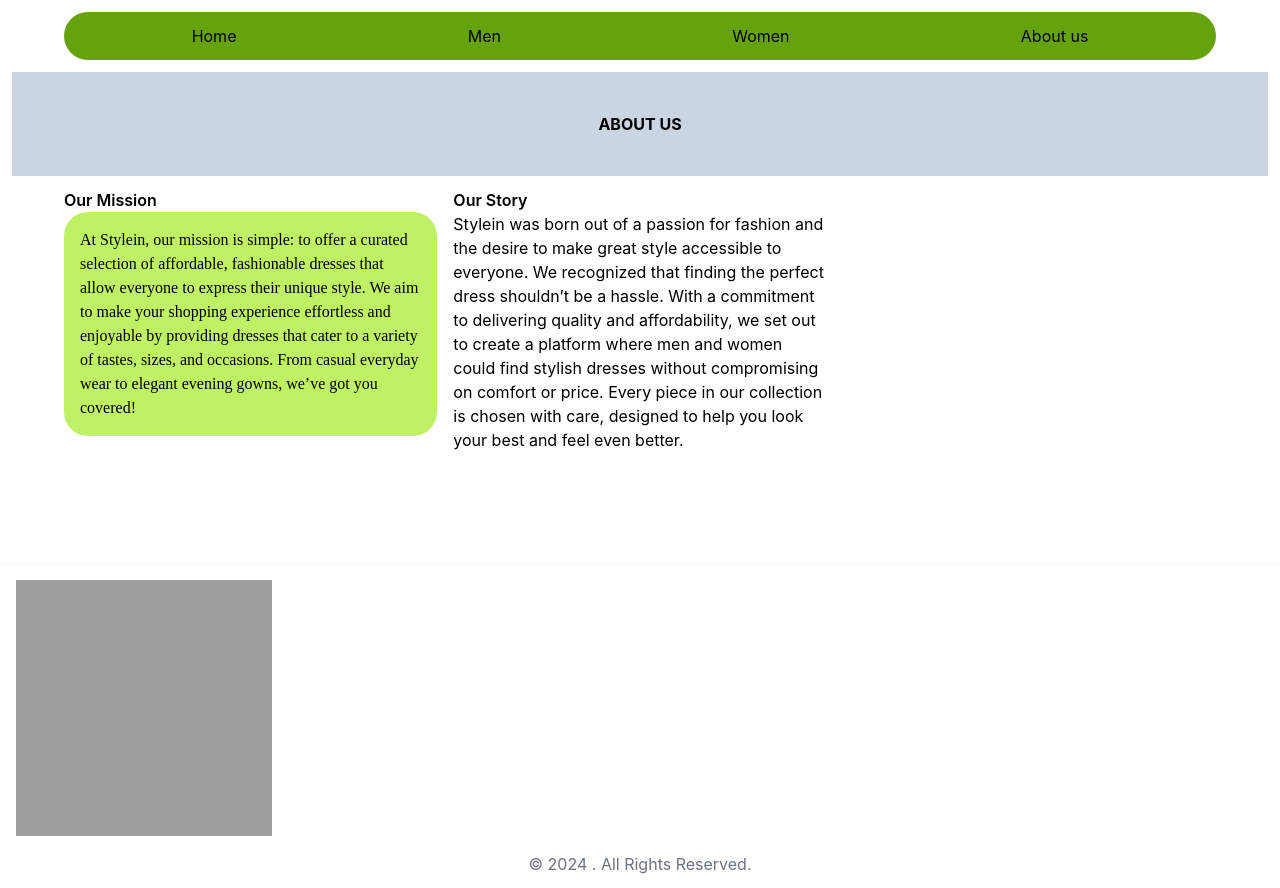
Repository: Mohankkanth/StyleIn_ShoppingSite
Page: /AboutUs
An editor plug-in stored every save of this project. The page is shown before and after the next save, followed by the edit.
The browser window is 1280 px wide. The pictures show the whole page.
Pictures or frames that could not be fetched are drawn as grey boxes. The project was rebuilt for these pictures with package versions that can differ from the ones it lists, and the page was loaded fresh each time. Also part of the build but not shown: vite.config.js, src/component/Home/Home.jsx, src/component/api/MenProducts.jsx, src/component/Men/Men.jsx, src/component/Women/Women.jsx, src/component/api/KidsProducts.jsx, src/component/Kids/Kids.jsx, src/component/Errorpage/Errorpage.jsx and 18 more.

Above is the page before, as saved 2024-11-23 14:00:18.

After the next save:
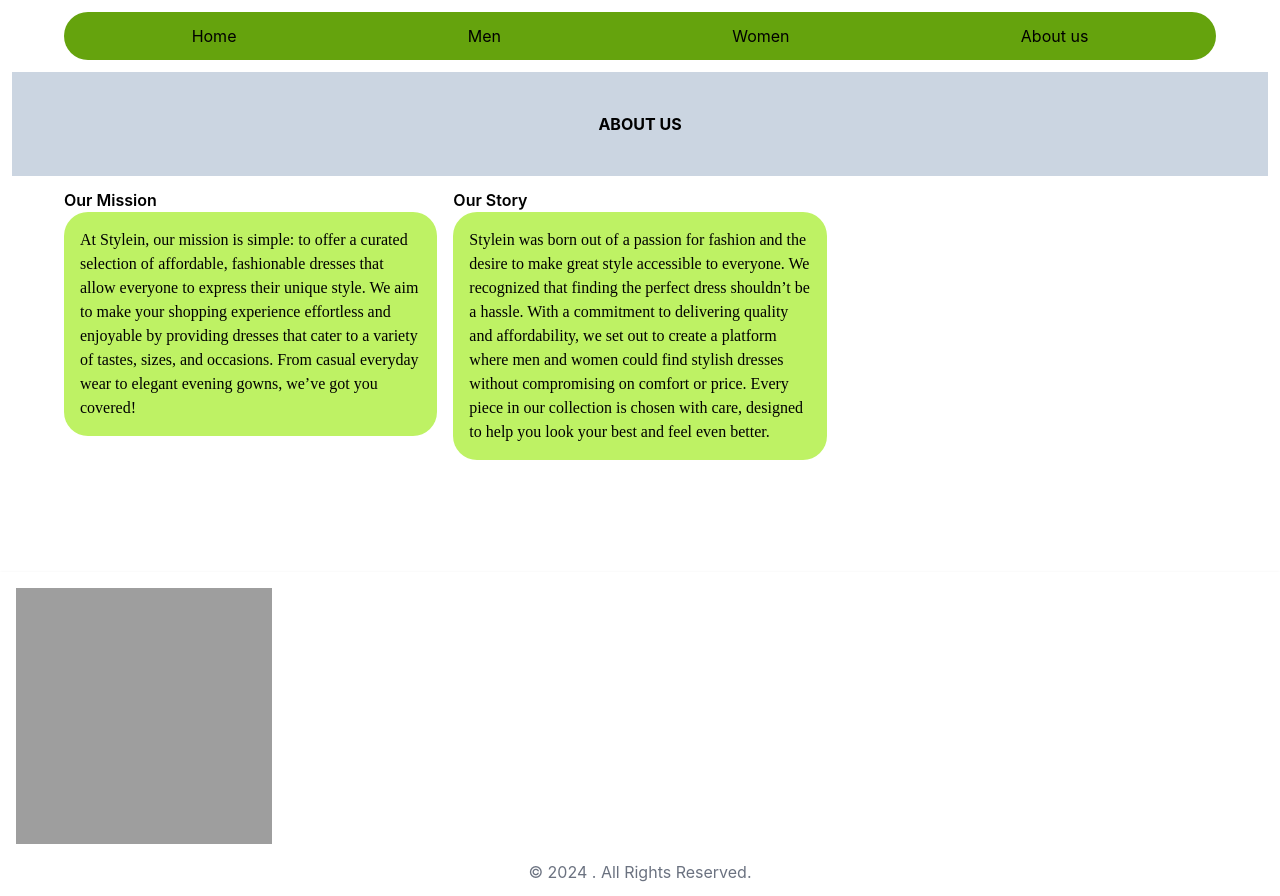
Saved 8 s later.
--- a/src/component/AboutUs/Aboutus.jsx
+++ b/src/component/AboutUs/Aboutus.jsx
@@ -15,7 +15,7 @@
 
                     <div>
                         <p className='font-semibold text-justify '>Our Story</p>
-                        <p>
+                        <p  className='bg-lime-300 p-4 rounded-3xl font-[Raleway]'>
                             Stylein was born out of a passion for fashion and the desire to make great style accessible to everyone. We recognized that finding the perfect dress shouldn’t be a hassle. With a commitment to delivering quality and affordability, we set out to create a platform where men and women could find stylish dresses without compromising on comfort or price. Every piece in our collection is chosen with care, designed to help you look your best and feel even better.</p>
                     </div>
                 </div>
